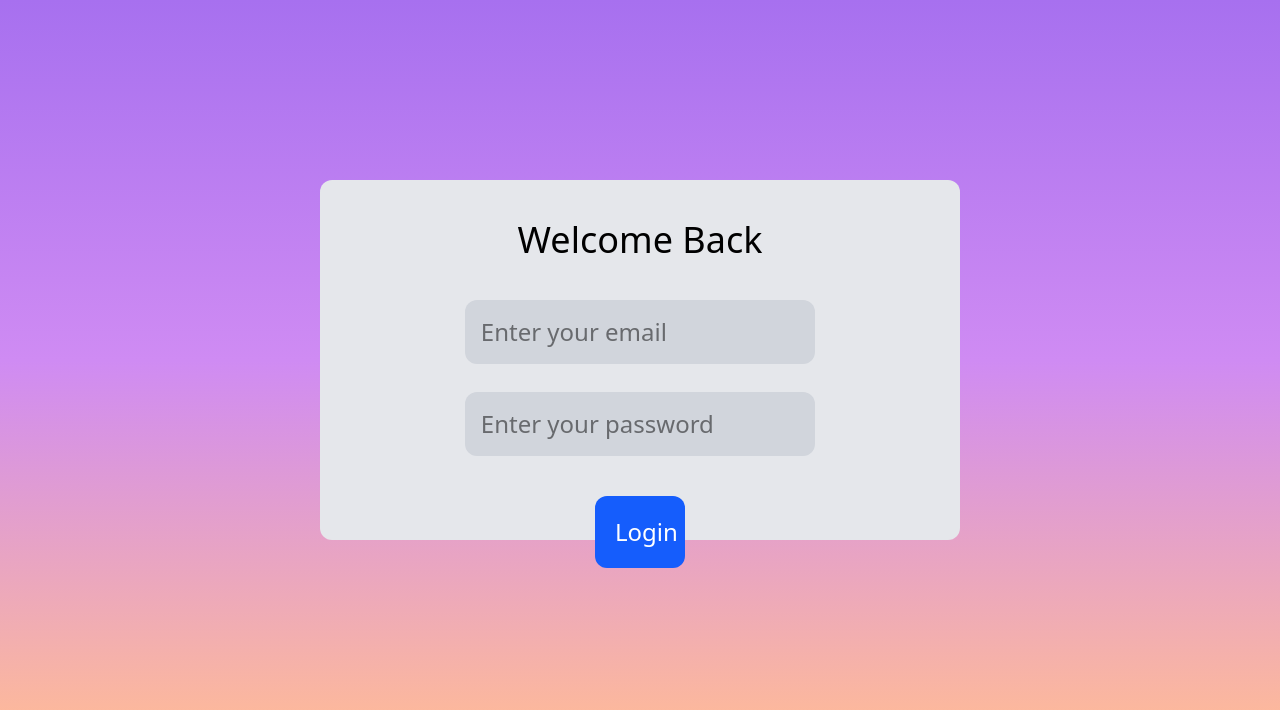
Repository: Habeebur1493/project
Page: /
The author's editor kept a copy of each file at every save. The page is drawn from the files as they stood at one save, then again after the next save.
The browser window is 1280 px wide. The pictures show the whole page.
The project was rebuilt for these pictures with package versions that can differ from the ones it lists, and the page was loaded fresh each time. Also part of the build but not shown: vite.config.js, src/Components/Home.jsx.

Above is the page before, as saved 2025-01-31 01:23:09.

After the next save:
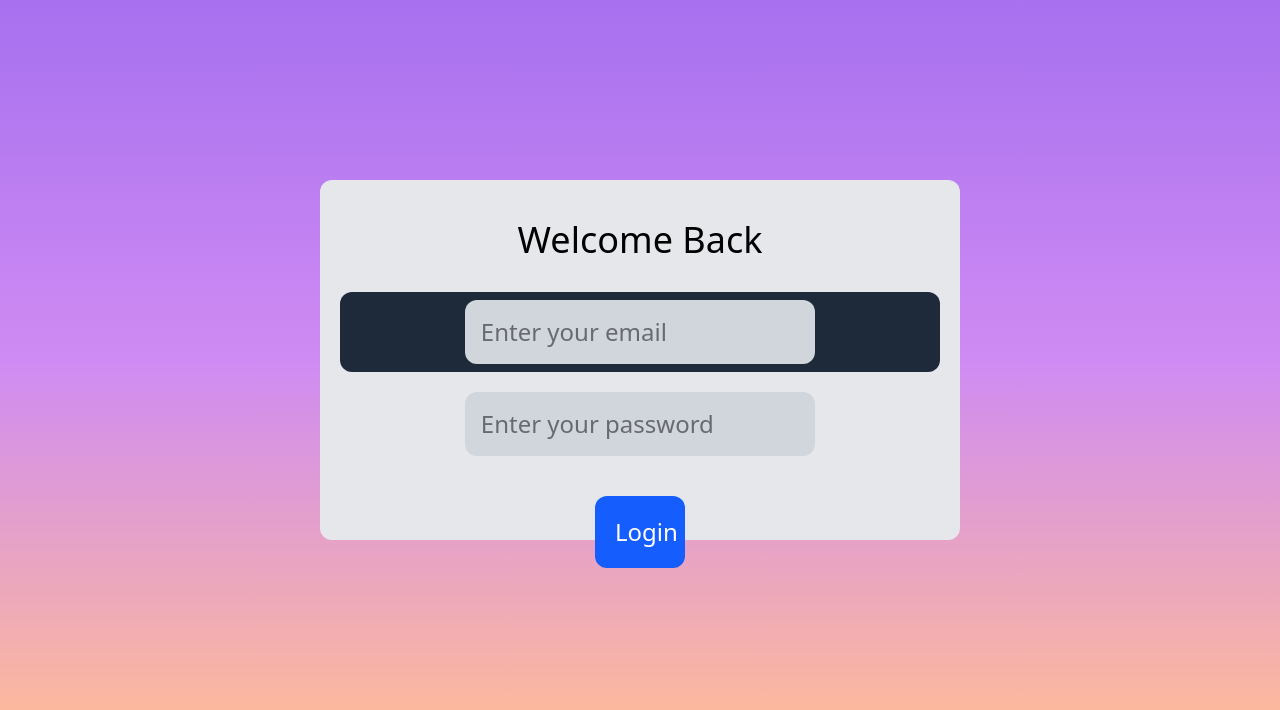
Saved 42 s later.
--- a/src/Components/Login.jsx
+++ b/src/Components/Login.jsx
@@ -29,7 +29,7 @@
     if (result.token) {
       localStorage.setItem("user", JSON.stringify(result.user));
       localStorage.setItem("token", JSON.stringify(result.auth));
-      navigate("/");
+      navigate("/Home");
       } else{
         alert("Please enter correct details")
       }
@@ -43,7 +43,7 @@
           <h1 className="text-4xl font semibold mt-5 mb-5">Welcome Back</h1>
 
           <div className="w-full flex justify-center items-center flex-col gap-3">
-            <div className="w-full flex justify-center items-center bg- gray-800 p-2 rounded-xl gap-2">
+            <div className="w-full flex justify-center items-center bg-gray-800 p-2 rounded-xl gap-2">
               <input
                 onChange={(e) => setEmail(e.target.value)}
                 type="email"

After the save that followed:
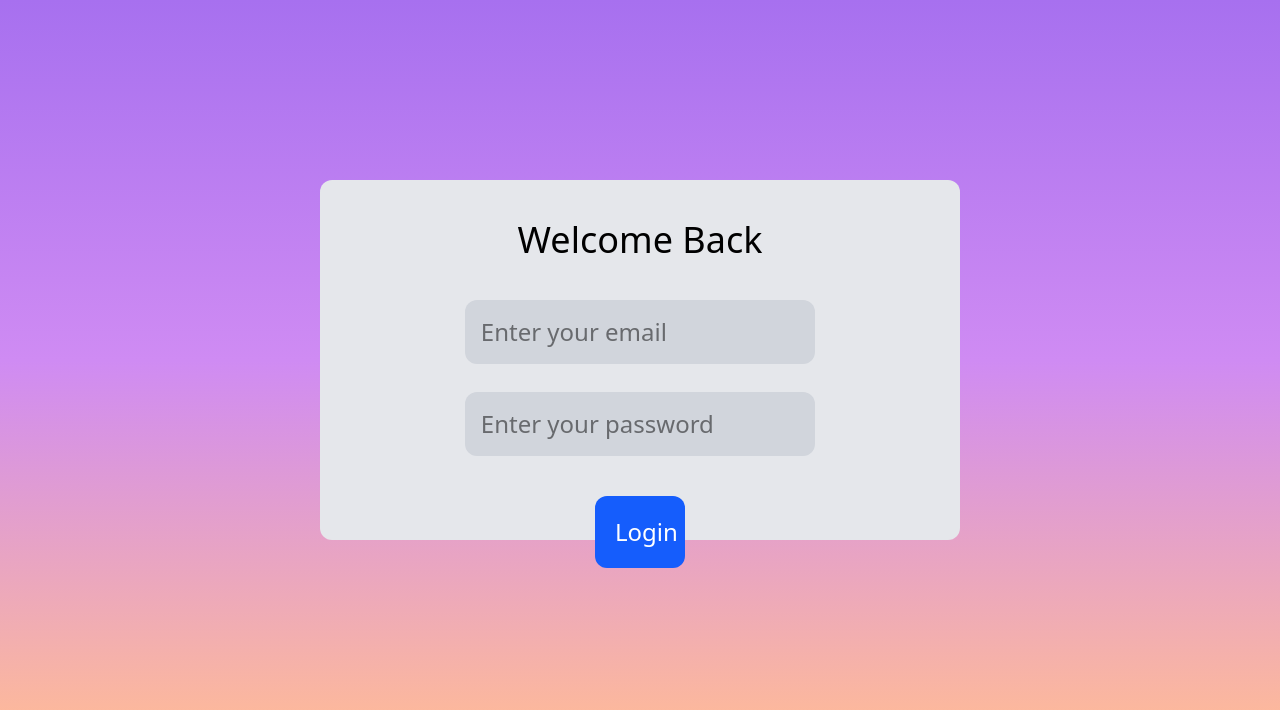
Saved 27 s later.
--- a/src/Components/Login.jsx
+++ b/src/Components/Login.jsx
@@ -43,7 +43,7 @@
           <h1 className="text-4xl font semibold mt-5 mb-5">Welcome Back</h1>
 
           <div className="w-full flex justify-center items-center flex-col gap-3">
-            <div className="w-full flex justify-center items-center bg-gray-800 p-2 rounded-xl gap-2">
+            <div className="w-full flex justify-center items-center p-2 rounded-xl gap-2">
               <input
                 onChange={(e) => setEmail(e.target.value)}
                 type="email"
